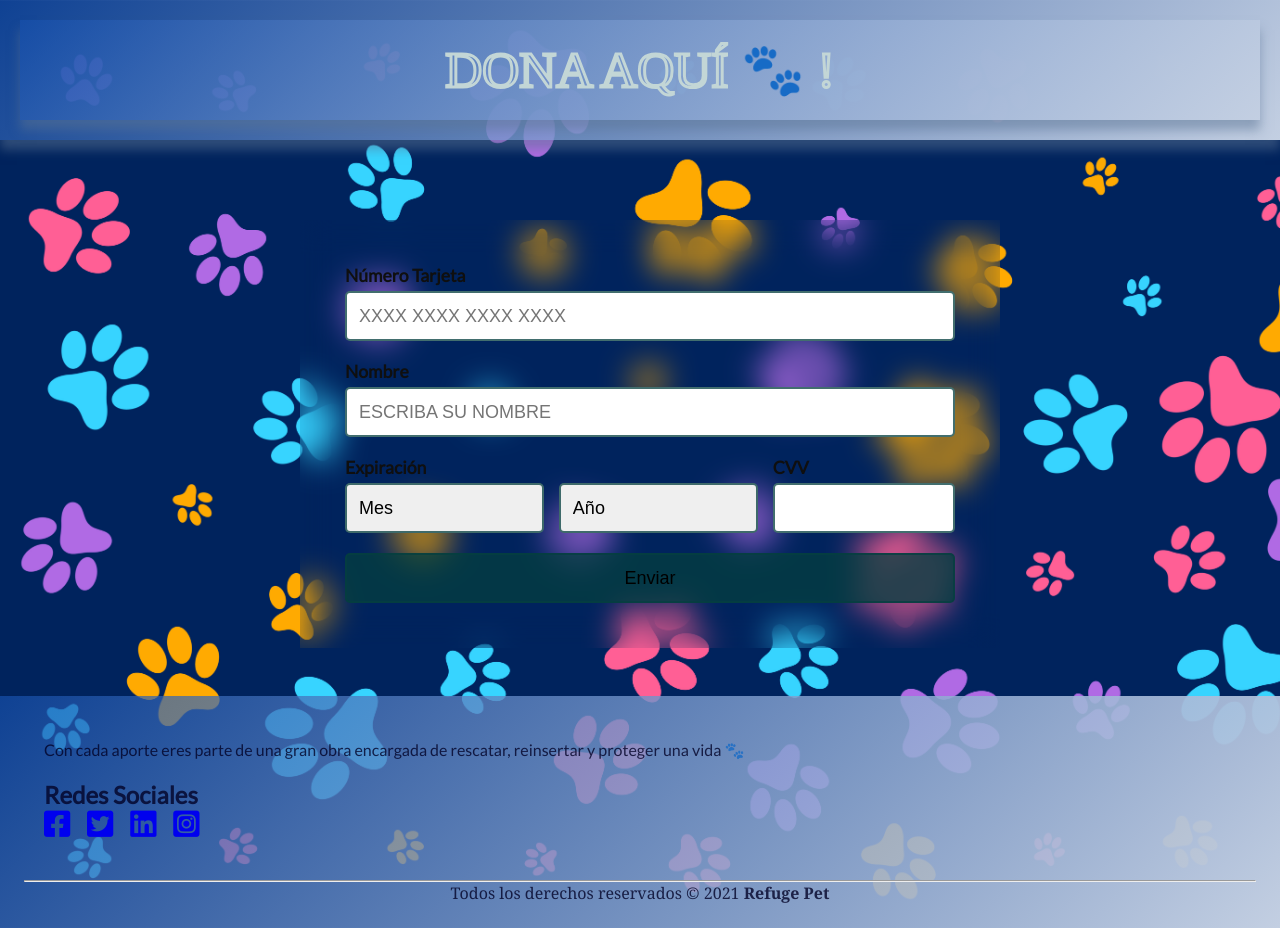
Repository: andreasvidal/SCL019-card-validation
Page: src/views/cardvalidation.html
These files come from the project's save history. The page is drawn as it stood at one moment and after the next save; the edit follows.
The browser window is 1280 px wide. The pictures show the whole page.
Some web fonts or font styles are not loaded; a fallback is used. Some web libraries are served in a nearby version.

Above is the page before, as saved 2022-04-13 10:16:04.

After the next save:
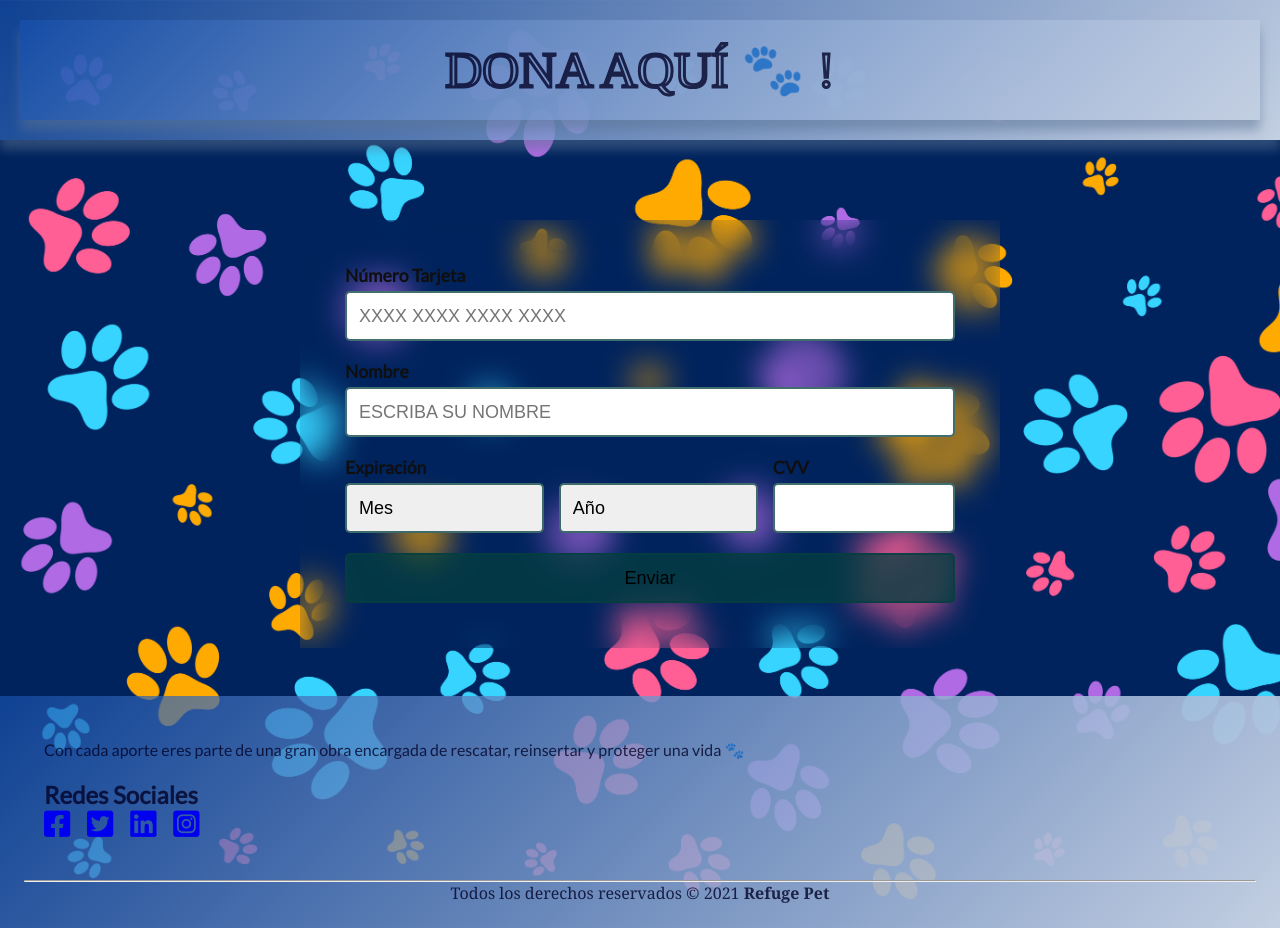
Saved 8 s later.
--- a/src/css/style.css
+++ b/src/css/style.css
@@ -30,7 +30,7 @@
          color: rgb(74, 80, 80);
          font-size: 4vw;
          -webkit-text-fill-color: transparent;
-         -webkit-text-stroke: 3px rgb(195, 214, 214);
+         -webkit-text-stroke: 3px rgba(2, 3, 39, 0.8);
          background-image: linear-gradient(135deg, #1650adad 0%, #c3cfe2 100%);
          box-shadow: 0 10px 10px 0 rgba(90, 116, 148, 0.5);
      }
